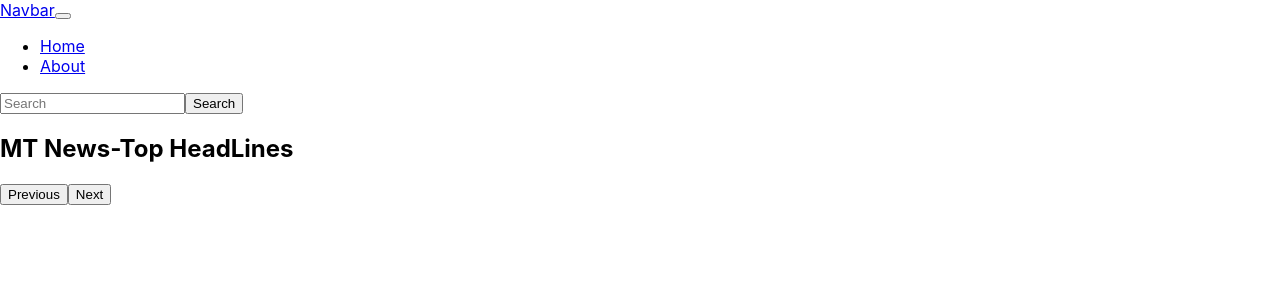
Repository: professorsourabh/news_website_using-ReactJS
Page: /
An editor plug-in stored every save of this project. The page is shown before and after the next save, followed by the edit.
The browser window is 1280 px wide. The pictures show the whole page.
The page's requests for data from a server got no answer. The project was rebuilt for these pictures with package versions that can differ from the ones it lists, and the page was loaded fresh each time. No one was signed in, and anything a server would have sent is missing. Also part of the build but not shown: src/App.css, src/Components/NewsaItem.js.

Above is the page before, as saved 2023-05-14 10:36:09.

### src/App.js
import './App.css';

import React, { Component } from 'react'
import NavBar from './Components/NavBar';
import News from './Components/News';
export default class App extends Component {

  render() {
    return (
      <div>
        <NavBar/>
        <News/>
      </div>
    )
  }
}

### src/Components/NavBar.js
import React, { Component } from 'react'
// import PropTypes from 'prop-types'

export class NavBar extends Component {


  render() {
    return (
      <div>
        <nav className="navbar navbar-expand-lg bg-body-tertiary">
  <div className="container-fluid">
    <a className="navbar-brand" href="/">Navbar</a>
    <button className="navbar-toggler" type="button" data-bs-toggle="collapse" data-bs-target="/navbarSupportedContent" aria-controls="navbarSupportedContent" aria-expanded="false" aria-label="Toggle navigation">
      <span className="navbar-toggler-icon"></span>
    </button>
    <div className="collapse navbar-collapse" id="navbarSupportedContent">
      <ul className="navbar-nav me-auto mb-2 mb-lg-0">
        <li className="nav-item">
          <a className="nav-link active" aria-current="page" href="/">Home</a>
        </li>
        <li className="nav-item">
          <a className="nav-link active" aria-current="page" href="/">About</a>
        </li>

      </ul>
      <form className="d-flex" role="search">
        <input className="form-control me-2" type="search" placeholder="Search" aria-label="Search"/>
        <button className="btn btn-outline-success" type="submit">Search</button>
      </form>
    </div>
  </div>
</nav>

      </div>
    )
  }
}

export default NavBar

### src/Components/News.js
import React, { Component } from 'react'
import NewsaItem from './NewsaItem';

export class News extends Component {

    constructor(){
        super();
        this.state={
          articles:[],
            loading: false,
            page:1
        }

    }
   async componentDidMount(){

      let url="https://newsapi.org/v2/top-headlines?country=in&category=business&apiKey=6de024851937497c9017d3f0f0e104a4";
      let data=await fetch(url);
      let parsedData=await data.json();
      console.log(parsedData);
      this.setState({articles: parsedData.articles})

    }
  render() {
    return (
      <div className='container my-3'>
        <h2>MT News-Top HeadLines</h2>
        <div className="row">
        {this.state.articles.map((element)=>{

        return   <div className="col-md-4" key={element.url}>
         <NewsaItem title={element.title?element.title.slice(0,45):""} discription={element.description?element.description.slice(0,88):""} imageUrl={element.urlToImage?element.urlToImage:"https://img.etimg.com/thumb/msid-100188906,width-1070,height-580,imgsize-113958,overlay-etmarkets/photo.jpg"} newsUrl={element.url}></NewsaItem>
         </div>
        })}
        </div>
        <div className="container d-flex justify-content-between">
          <button type='button' className='btn btn-info my-2 mx-2'>Previous</button>

          <button type='button' className='btn btn-info my-2 mx-2'>Next</button>
        </div>


      </div>
    )
  }
}

export default News

Loaded but not shown: src/index.js (common file); src/index.css (common file); src/reportWebVitals.js (common file)

After the next save:
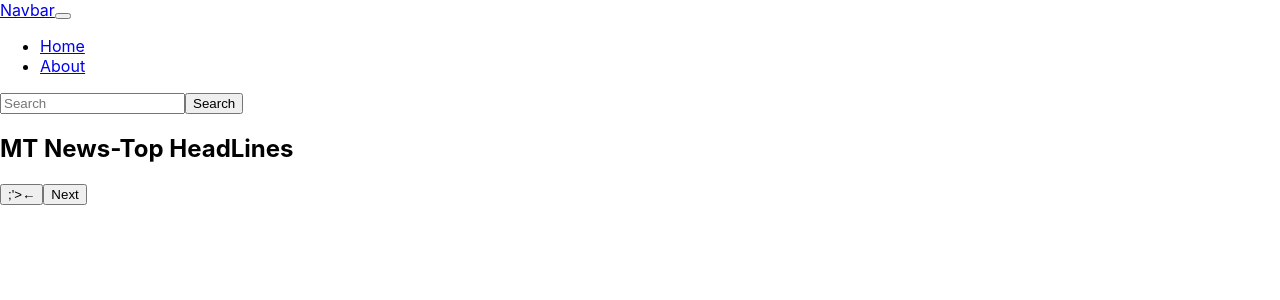
Saved 116 s later.
--- a/src/Components/News.js
+++ b/src/Components/News.js
@@ -34,7 +34,7 @@
         })}
         </div>
         <div className="container d-flex justify-content-between">
-          <button type='button' className='btn btn-info my-2 mx-2'>Previous</button>
+          <button type='button' className='btn btn-info my-2 mx-2'>;'>&#8592;</button>
 
           <button type='button' className='btn btn-info my-2 mx-2'>Next</button>
         </div>
